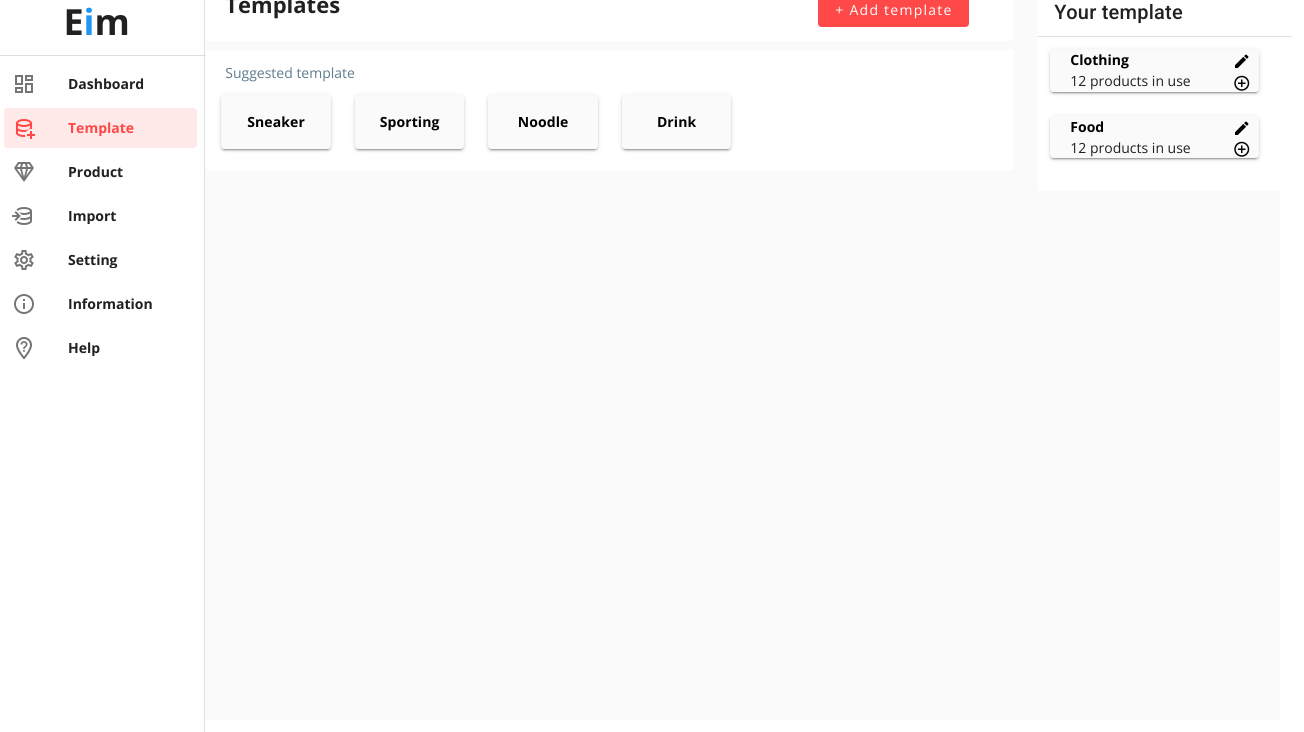
Repository: nguyenphuong152/pim-template
Page: /template
An editor plug-in stored every save of this project. The page is shown before and after the next save, followed by the edit.
The browser window is 1280 px wide. The page is 1304 px wide, so the pictures cover 1304 px, including what lies to the right of the window. The pictures show the whole page.
The project was rebuilt for these pictures with package versions that can differ from the ones it lists, and the page was loaded fresh each time. Also part of the build but not shown: vue.config.js, src/views/Home.vue, src/components/Outcome_1/ListComponent.vue, src/components/Outcome_1/AddInfo.vue, src/components/Outcome_1/AddDetail.vue, src/components/Outcome_1/ListComponentProgressive.vue, src/components/Outcome_1/CreateRegion.vue, src/components/Outcome_1/SneakerTemplate.vue and 18 more.

Above is the page before, as saved 2021-01-18 23:40:21.

### public/index.html
<!DOCTYPE html>
<html lang="en">
  <head>
    <meta charset="utf-8" />
    <meta http-equiv="X-UA-Compatible" content="IE=edge" />
    <meta name="viewport" content="width=device-width,initial-scale=1.0" />
    <link rel="icon" href="<%= BASE_URL %>favicon.ico" />
    <link rel="preconnect" href="https://fonts.gstatic.com" />
    <link rel="preconnect" href="https://fonts.gstatic.com" />
    <link rel="preconnect" href="https://fonts.gstatic.com" />
    <link
      href="https://fonts.googleapis.com/css2?family=Open+Sans:wght@300;400;600;700;800&display=swap"
      rel="stylesheet"
    />
    <link
      href="https://fonts.googleapis.com/css?family=Montserrat:300,400,500,600,700"
      rel="stylesheet"
    />
    <title><%= htmlWebpackPlugin.options.title %></title>
    <link
      rel="stylesheet"
      href="https://fonts.googleapis.com/css?family=Roboto:100,300,400,500,700,900"
    />
    <link
      rel="stylesheet"
      href="https://cdn.jsdelivr.net/npm/@mdi/font@latest/css/materialdesignicons.min.css"
    />
  </head>
  <body>
    <noscript>
      <strong
        >We're sorry but <%= htmlWebpackPlugin.options.title %> doesn't work
        properly without JavaScript enabled. Please enable it to
        continue.</strong
      >
    </noscript>
    <div id="app"></div>
    <!-- built files will be auto injected -->
  </body>
</html>

### src/App.vue
<template>
  <v-app v-bind:style="{ background: activeColor }">
    <v-card height="80" flat class="hidden-md-and-up align-baseline">
      <v-row style="height:0px">
        <v-col class="px-0" cols="3">
          <span class="logo text-start">
            E<span class="blue--text">i</span>m</span
          >
        </v-col>
        <v-col>
          <div class="text-end">
            <v-menu offset-y>
              <template v-slot:activator="{ on }">
                <v-app-bar-nav-icon v-on="on"></v-app-bar-nav-icon>
              </template>
              <v-list>
                <v-list-item
                  v-for="(item, index) in items"
                  :key="index"
                  :to="item.path"
                  color="blue"
                >
                  <v-list-item-title class="text-start">{{
                    item.title
                  }}</v-list-item-title>
                </v-list-item>
              </v-list>
            </v-menu>
          </div>
        </v-col>
      </v-row>
    </v-card>

    <v-row>
      <v-col cols="2" class="pa-0 hidden-xs-only">
        <v-navigation-drawer permanent width="220" class="hidden-xs-only">
          <v-list-item>
            <v-list-item-content>
              <v-list-item-title class="logo">
                E<span class="blue--text">i</span>m
              </v-list-item-title>
            </v-list-item-content>
          </v-list-item>

          <v-divider></v-divider>

          <v-list dense nav class="text-start pl-4">
            <v-list-item
              v-for="item in items"
              :key="item.title"
              :to="item.path"
              color="#FF4848"
            >
              <v-list-item-icon>
                <v-icon>{{ item.icon }}</v-icon>
              </v-list-item-icon>
              <v-list-item-content>
                <v-list-item-title class="template-title font-weight-bold ">{{
                  item.title
                }}</v-list-item-title>
              </v-list-item-content>
            </v-list-item>
          </v-list>
        </v-navigation-drawer>
      </v-col>
      <v-col class="pa-0">
        <router-view />
      </v-col>
    </v-row>
  </v-app>
</template>

<script>
export default {
  name: "App",
  components: {},
  watch: {
    $route(to) {
      document.title = `${to.meta.title}`;
    },
  },
  data() {
    return {
      clicked: false,
      activeColor: "#FAFAFA",
      items: [
        { title: "Dashboard", icon: "mdi-view-dashboard-outline", path: "" },
        {
          title: "Template",
          icon: "mdi-database-plus-outline",
          path: "/template",
        },
        { title: "Product", icon: "mdi-diamond-stone", path: "/product" },
        {
          title: "Import",
          icon: "mdi-database-import-outline",
          path: "/import",
        },

        { title: "Setting", icon: "mdi-cog-outline", path: "" },
        { title: "Information", icon: "mdi-information-outline", path: "" },
        { title: "Help", icon: "mdi-map-marker-question-outline", path: "" },
      ],
      right: null,
    };
  },
};
</script>

### sass/style.scss
$font-primary: 'Open Sans',
sans-serif;

@import "~vuetify/src/styles/styles.sass";

$fontsize-content: 14px;
$fontsize-title: 24px;
$fontsize-logo:36px;
$fontsize-header:22px;
$fontsize-nav:20px;


#app {
  font-family: $font-primary;
   font-size:$fontsize-content;
  -webkit-font-smoothing: antialiased;
  -moz-osx-font-smoothing: grayscale;
  text-align: center;
  color: #2c3e50;
}

#nav {
  padding: 30px;
}

#nav a {
  font-weight: bold;
  color: #2c3e50;
}

#nav a.router-link-exact-active {
  color: #42b983;
}

.title {
  font: $font-primary !important;
  font-size: $fontsize-nav !important;
}

.logo {
  @extend .title;
  font-weight: 700 !important;
  font-size: $fontsize-logo !important;
}

.text-header {
  font: $font-primary !important;
  font-size: $fontsize-header !important;
  font-weight: 700;
}


.template-title {
  @extend .title;
  font-size: $fontsize-content !important;
}

### src/views/Outcome_1/CreateProductTemplate.vue
<template>
  <div>
    <v-row>
      <v-col height="100%"
        ><Search @showAddTemplate="showAddTemplate" />
        <br />
        <SuggestedTemplate @nameTemplate="getNameTemplate" :checkNull="name" />
        <br />
        <SneakerTemplate v-if="name === 'Sneaker'" />
        <SportingTemplate v-if="name === 'Sporting'" />
        <NoodleTemplate v-if="name === 'Noodle'" />
        <DrinkTemplate v-if="name === 'Drink'" />

        <CreateRegion v-if="this.show" />
      </v-col>
      <v-col cols="3" height="100%" class="hidden-xs-only">
        <YourTemplate :key="getKey" @showAddTemplate="showAddTemplate" />
      </v-col>
    </v-row>
  </div>
</template>

<script>
import Search from "../../components/Outcome_1/SearchTemplate";
import YourTemplate from "../../components/Outcome_1/YourTemplate";
import CreateRegion from "../../components/Outcome_1/CreateRegion";
import SuggestedTemplate from "../../components/Outcome_1/SuggestedTemplate";
import SneakerTemplate from "../../components/Outcome_1/SneakerTemplate";
import SportingTemplate from "../../components/Outcome_1/SportingTemplate";
import NoodleTemplate from "../../components/Outcome_1/NoodleTemplate";
import DrinkTemplate from "../../components/Outcome_1/DrinkTemplate";

export default {
  components: {
    Search,
    YourTemplate,
    CreateRegion,
    SuggestedTemplate,
    SneakerTemplate,
    SportingTemplate,
    NoodleTemplate,
    DrinkTemplate,
  },
  data() {
    return {
      show: false,
      name: "",
    };
  },
  methods: {
    showAddTemplate() {
      this.show = !this.show;
    },
    getNameTemplate(name) {
      this.name = name;
      this.show = !this.show;
    },
  },
  computed: {
    getKey() {
      console.log(this.$store.getters.key);
      return this.$store.getters.key;
    },
  },
};
</script>

### src/components/Outcome_1/SearchTemplate.vue
<template>
  <v-card class="text-start" height="65" flat>
    <v-row class="d-flex align-baseline">
      <v-col cols="9" class="text-header pl-8 " xs="4">Templates</v-col>
      <v-col class="px-0 hidden-xs-only">
        <v-btn
          depressed
          color="#FF4848"
          class="white--text text-none font-weight-medium"
          @click="showAddTemplate()"
        >
          + Add template</v-btn
        >
      </v-col>
      <v-col class="px-0 hidden-sm-and-up">
        <v-btn
          depressed
          text
          color="#FF4848"
          class="white--text text-none font-weight-medium"
          @click="showAddTemplate()"
          style="fontSize:28px"
        >
          +
        </v-btn>
      </v-col>
    </v-row>
  </v-card>
</template>

<script>
export default {
  methods: {
    showAddTemplate() {
      this.$store.dispatch("deleteListTemplate");
      this.$emit("showAddTemplate", true);
    },
  },
};
</script>

<style></style>

### src/components/Outcome_1/YourTemplate.vue
<template>
  <v-navigation-drawer permanent width="100%" right absolutes floating>
    <v-list-item>
      <v-list-item-content>
        <v-list-item-title class="title text-start">
          Your template
        </v-list-item-title>
      </v-list-item-content>
    </v-list-item>

    <v-divider></v-divider>

    <v-col v-for="(item, i) in items" :key="i" cols="11">
      <v-card color="#fafafa">
        <div class="d-flex flex-no-wrap justify-space-between">
          <div>
            <v-row>
              <v-col class="text-start pl-8">
                <span class="template-title font-weight-bold black--text">{{
                  item.name
                }}</span>
                <br />
                <span class="font-weight-thin">{{ item.products }}</span>
              </v-col>
              <v-col class="text-end" cols="1">
                <v-tooltip bottom>
                  <template v-slot:activator="{ on, attrs }">
                    <v-icon
                      color="black"
                      size="18"
                      @click="showAddTemplate()"
                      v-bind="attrs"
                      v-on="on"
                      >mdi-pencil</v-icon
                    >
                  </template>
                  <span>Edit template</span>
                </v-tooltip>

                <br />
                <v-tooltip bottom>
                  <template v-slot:activator="{ on, attrs }">
                    <v-icon
                      color="black"
                      size="18"
                      v-bind="attrs"
                      v-on="on"
                      @click="addProduct(item.name)"
                      >mdi-plus-circle-outline</v-icon
                    >
                  </template>
                  <span>Use this template to add new product</span>
                </v-tooltip>
              </v-col>
            </v-row>
          </div>
        </div>
      </v-card>
    </v-col>
  </v-navigation-drawer>
</template>

<script>
export default {
  data: () => ({
    listTemplate: [],
    items: [
      {
        name: "Clothing",
        products: "12 products in use",
      },
      {
        name: "Food",
        products: "12 products in use",
      },
    ],
  }),
  methods: {
    showAddTemplate() {
      this.$emit("showAddTemplate", true);
    },
    addProduct(text) {
      this.$router.push({
        name: "AddProduct",
        params: { name: text },
      });
    },
  },
  computed: {},
  created() {
    this.listTemplate = this.$store.getters.listTemplate;
    for (var i = 0; i < this.listTemplate.length; i++) {
      var element = {};
      element.name = this.listTemplate[i].name;
      element.products = "Add new product !";
      this.items.unshift(element);
    }
  },
};
</script>

Loaded but not shown: src/plugins/vuetify.js (common file); src/store/mutations.js (113 lines, source omitted); src/store/actions.js (75 lines, source omitted); src/router/index.js (66 lines, source omitted); src/store/getters.js (38 lines, source omitted); src/main.js (17 lines, source omitted); src/store/state.js (18 lines, source omitted); src/store/index.js (16 lines, source omitted); src/components/Outcome_1/SuggestedTemplate.vue (435 lines, source omitted)

After the next save:
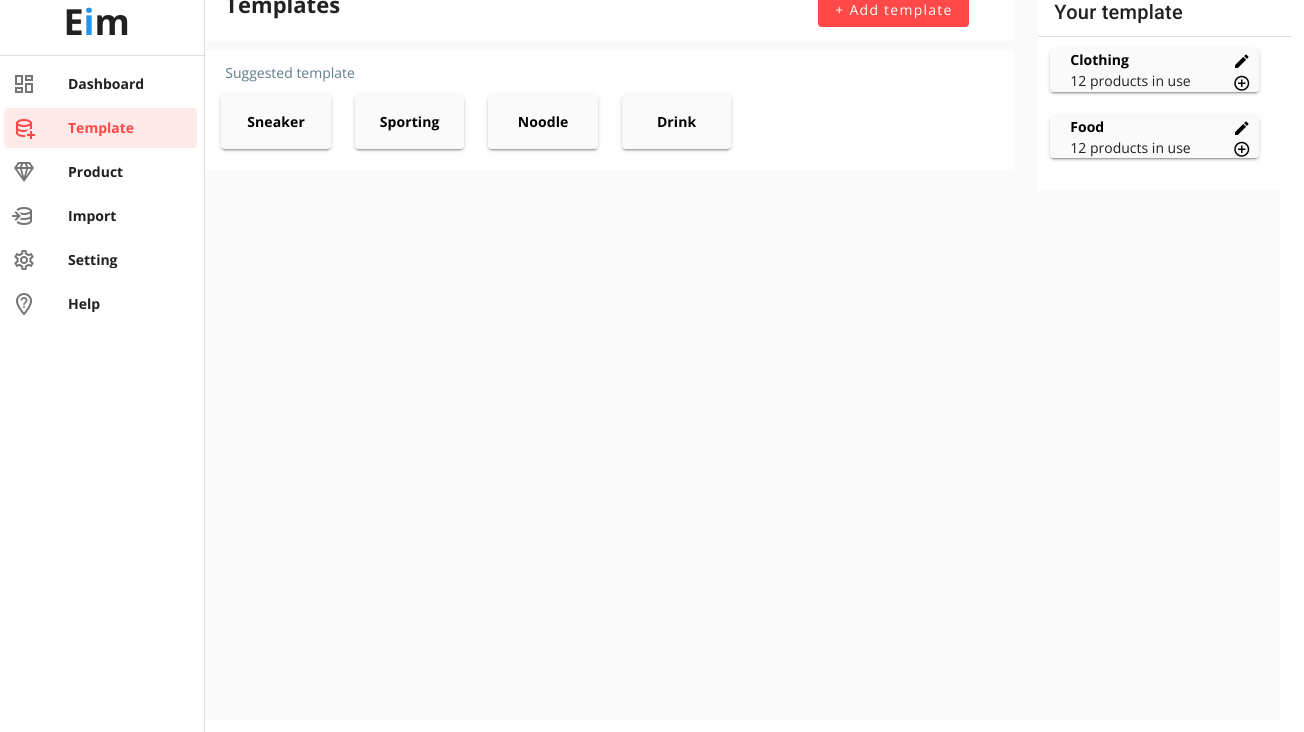
Saved 71 s later.
--- a/src/App.vue
+++ b/src/App.vue
@@ -98,7 +98,6 @@ export default {
         },
 
         { title: "Setting", icon: "mdi-cog-outline", path: "" },
-        { title: "Information", icon: "mdi-information-outline", path: "" },
         { title: "Help", icon: "mdi-map-marker-question-outline", path: "" },
       ],
       right: null,
